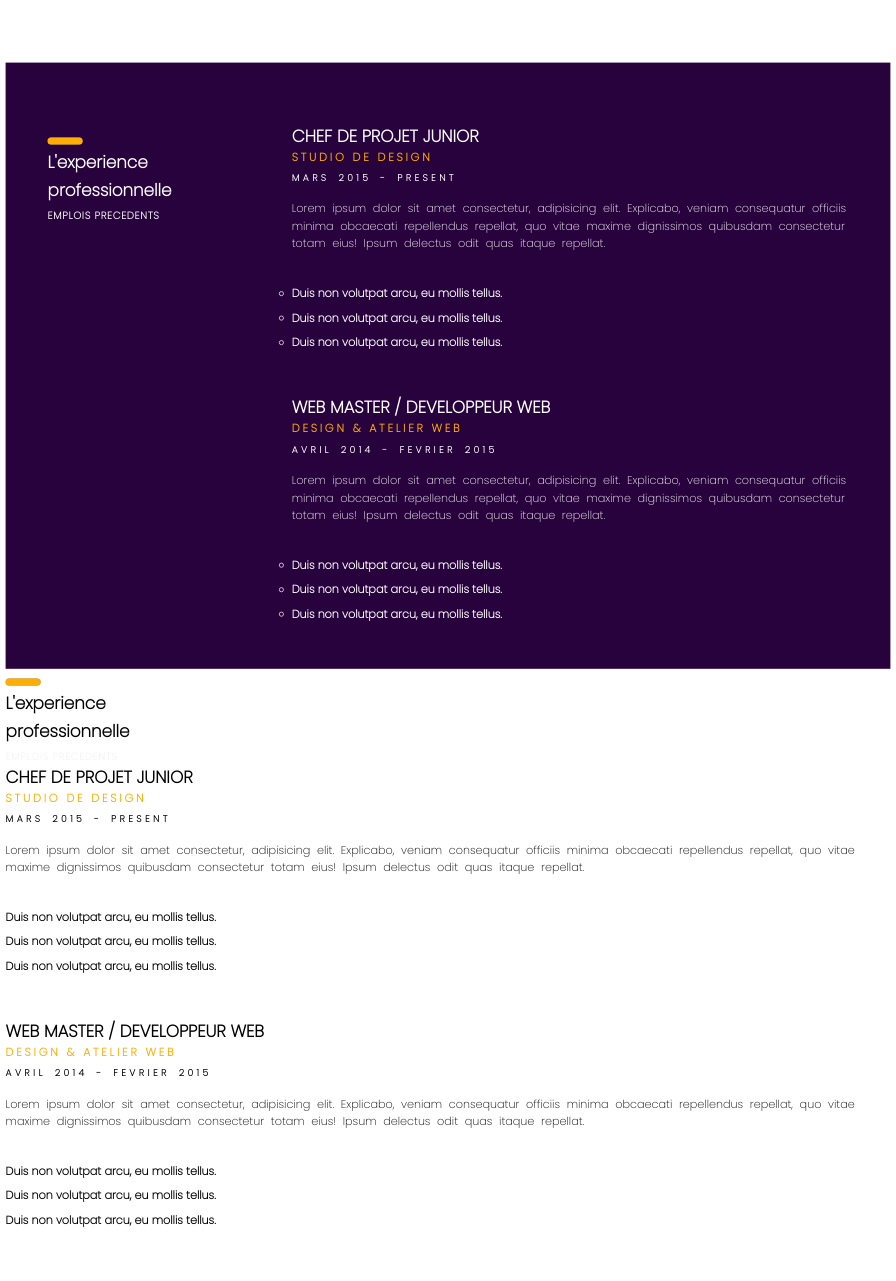
Repository: wadelfadill/CV_PORTFOLIO
Page: index.html
An editor plug-in stored every save of this project. The page is shown before and after the next save, followed by the edit.
The browser window is 1280 px wide. The pictures show the part of the page from y = 3238 to 5158 px (the page is 5068 px tall before and 5158 px after), at 70% of full size.
Some icons come from a web library that is not loaded, so they are not drawn. Backgrounds fixed to the window are drawn as part of the page.

Above is the page before, as saved 2023-03-16 12:30:57.

After the next save:
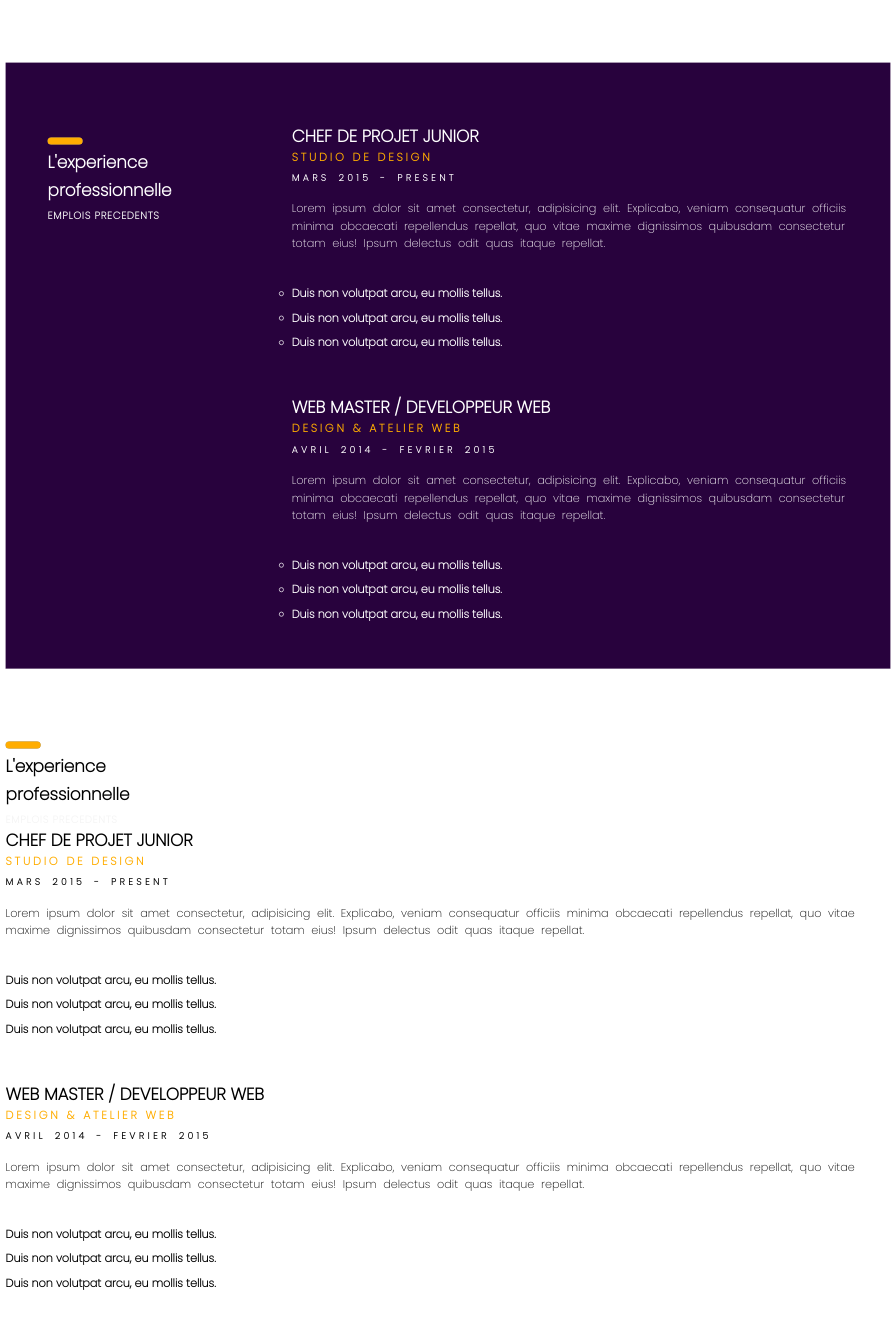
Saved 46 s later.
--- a/style.css
+++ b/style.css
@@ -521,3 +521,8 @@ svg{
     justify-content: first baseline;
     align-items: first baseline;
 }
+.eductaion{
+    background-color: white;
+    padding-top: 90px;
+    color: black;
+}

After the save that followed:
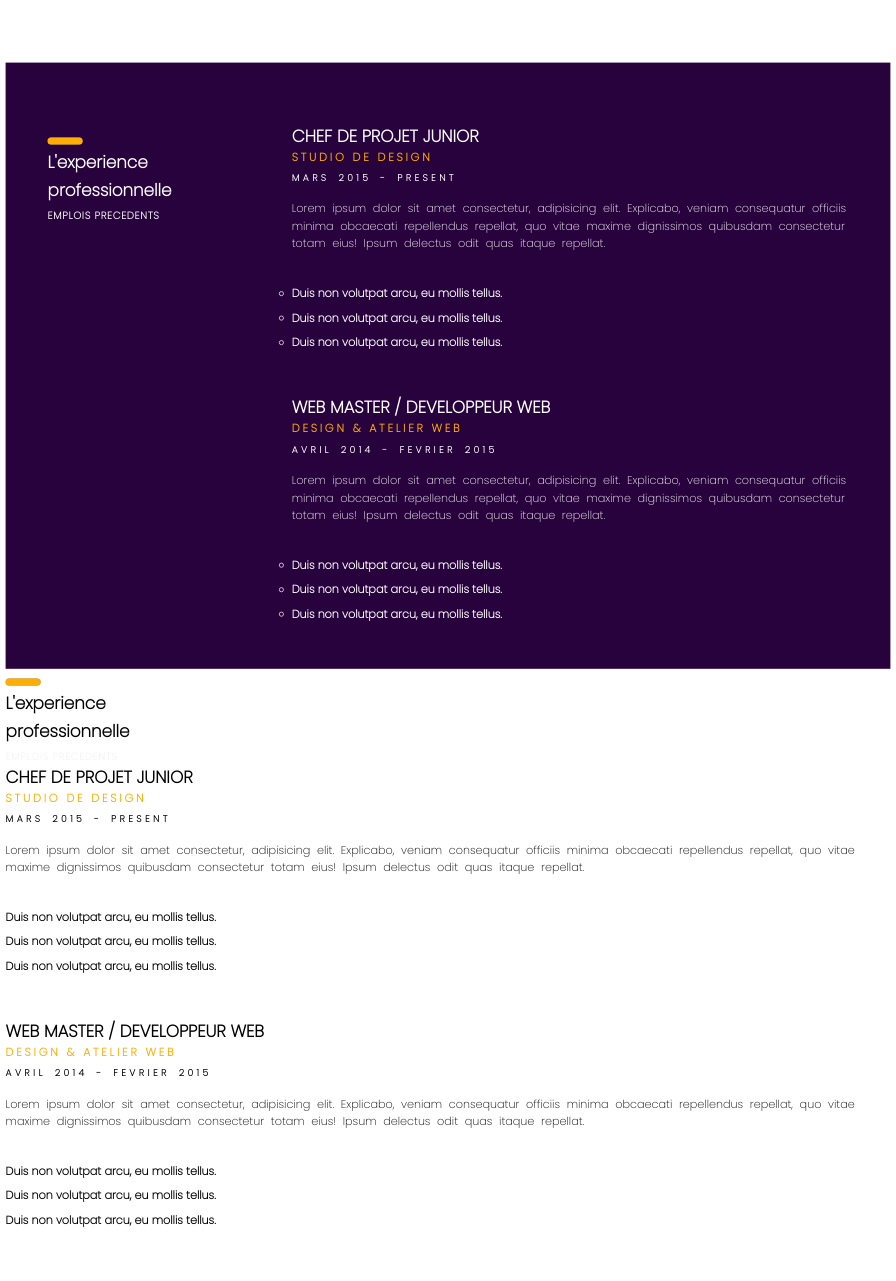
Saved 26 s later.
--- a/index.html
+++ b/index.html
@@ -216,8 +216,8 @@
                 </div>
             </div>
         </div>
-        <div class="eductaion">
-            <div class="head-eductaion">
+        <div class="education">
+            <div class="head-education">
                 <div class="title-exp-pro">
                     <progress value="100" max="100" class="progress"></progress>
                     <h2>L'experience <br> professionnelle</h2>
